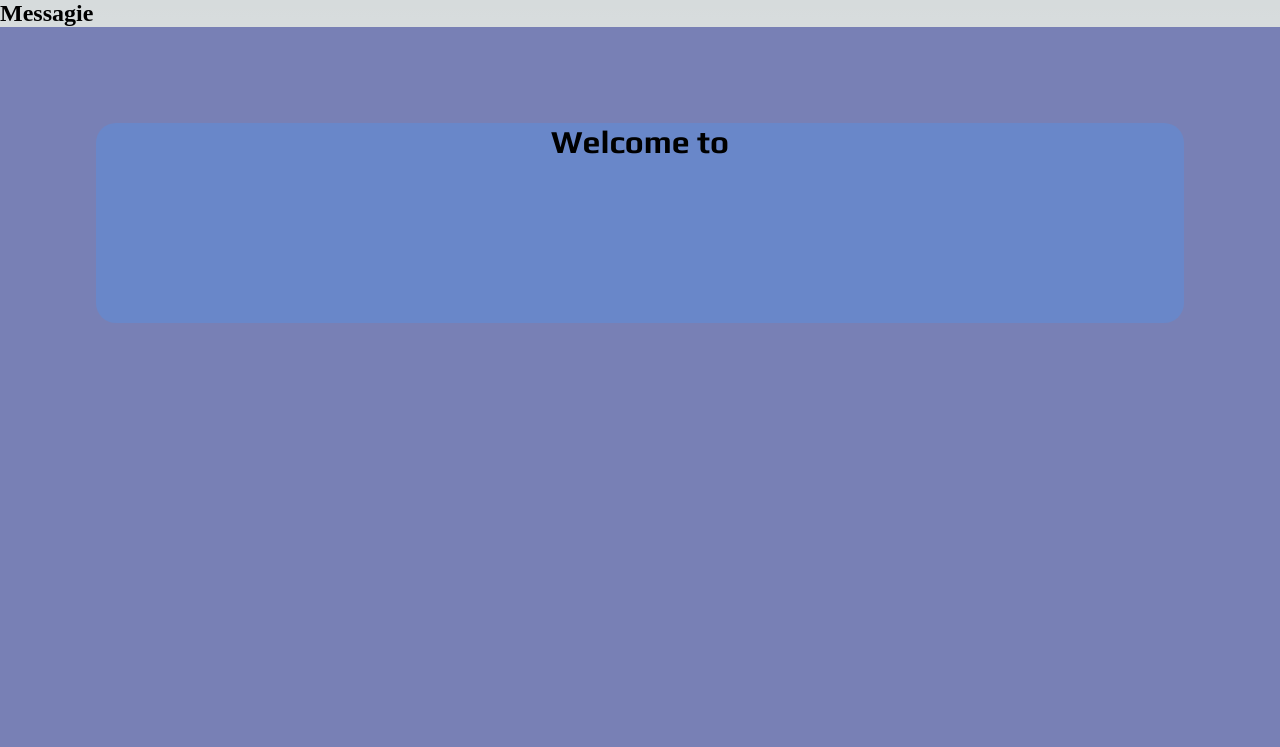
Repository: shaelorch/typeytalkey
Page: /
The author's editor kept a copy of each file at every save. The page is drawn from the files as they stood at one save, then again after the next save.
The browser window is 1280 px wide. The pictures show the whole page.
The project was rebuilt for these pictures with package versions that can differ from the ones it lists, and the page was loaded fresh each time. The framework's server and built-in components were replaced by stand-ins that run in the browser. Also part of the build but not shown: next.config.js.

Above is the page before, as saved 2023-02-24 14:34:25.

### src/pages/index.js
import Head from 'next/head'
import Image from 'next/image'
import { Inter } from '@next/font/google'
import styles from '@/styles/Home.module.css'
import Logo from 'comps/Logo'

const inter = Inter({ subsets: ['latin'] })

export default function Home() {
  return (
    <>
      <Head>
        <title>Create Next App</title>
        <meta name="description" content="Generated by create next app" />
        <meta name="viewport" content="width=device-width, initial-scale=1" />
        <link rel="icon" href="/favicon.ico" />
      </Head>
      <Logo/>
      <main className={styles.main}>

        <div style={{backgroundColor:"#6987C9", width:"100%",
      height:200, borderRadius:20, display:'flex', justifyContent:'center', textAlign:'center'}}>
        <h1>Welcome to  </h1>
        </div>

      </main>
    </>
  )
}

### src/styles/globals.css
@import url('https://fonts.googleapis.com/css2?family=Play:wght@400;700&display=swap');

:root {
  --max-width: 1100px;
  --border-radius: 12px;
  --font-mono: ui-monospace, Menlo, Monaco, 'Cascadia Mono', 'Segoe UI Mono',
    'Roboto Mono', 'Oxygen Mono', 'Ubuntu Monospace', 'Source Code Pro',
    'Fira Mono', 'Droid Sans Mono', 'Courier New', monospace;

  --foreground-rgb: 0, 0, 0;
  --background-start-rgb: 214, 219, 220;
  --background-end-rgb: 255, 255, 255;

  --primary-glow: conic-gradient(
    from 180deg at 50% 50%,
    #16abff33 0deg,
    #0885ff33 55deg,
    #54d6ff33 120deg,
    #0071ff33 160deg,
    transparent 360deg
  );
  --secondary-glow: radial-gradient(
    rgba(255, 255, 255, 1),
    rgba(255, 255, 255, 0)
  );

  --tile-start-rgb: 239, 245, 249;
  --tile-end-rgb: 228, 232, 233;
  --tile-border: conic-gradient(
    #00000080,
    #00000040,
    #00000030,
    #00000020,
    #00000010,
    #00000010,
    #00000080
  );

  --callout-rgb: 238, 240, 241;
  --callout-border-rgb: 172, 175, 176;
  --card-rgb: 180, 185, 188;
  --card-border-rgb: 131, 134, 135;
}

@media (prefers-color-scheme: dark) {
  :root {
    --foreground-rgb: 255, 255, 255;
    --background-start-rgb: 0, 0, 0;
    --background-end-rgb: 0, 0, 0;

    --primary-glow: radial-gradient(rgba(1, 65, 255, 0.4), rgba(1, 65, 255, 0));
    --secondary-glow: linear-gradient(
      to bottom right,
      rgba(1, 65, 255, 0),
      rgba(1, 65, 255, 0),
      rgba(1, 65, 255, 0.3)
    );

    --tile-start-rgb: 2, 13, 46;
    --tile-end-rgb: 2, 5, 19;
    --tile-border: conic-gradient(
      #ffffff80,
      #ffffff40,
      #ffffff30,
      #ffffff20,
      #ffffff10,
      #ffffff10,
      #ffffff80
    );

    --callout-rgb: 20, 20, 20;
    --callout-border-rgb: 108, 108, 108;
    --card-rgb: 100, 100, 100;
    --card-border-rgb: 200, 200, 200;
  }
}

* {
  box-sizing: border-box;
  padding: 0;
  margin: 0;
}

html,
body {
  max-width: 100vw;
  overflow-x: hidden;
}

body {
  color: rgb(var(--foreground-rgb));
  background: linear-gradient(
      to bottom,
      transparent,
      rgb(var(--background-end-rgb))
    )
    rgb(var(--background-start-rgb));
}

a {
  color: inherit;
  text-decoration: none;
}

@media (prefers-color-scheme: dark) {
  html {
    color-scheme: dark;
  }
}

### src/styles/Home.module.css
.main {
  display: flex;
  flex-direction: column;
  justify-content: space-between;
  align-items: center;
  padding: 6rem;
  background-color: #7880B5;
  font-family:play, sans-serif;
  min-height: 100vh;
}

.logocont {
  display: flex;

}
.serverCont {

  display:flex;
    height:50px;
    margin-bottom:20px;
    margin-top:20px;
    color:white;
    width:60%;
    font-weight:bold;
    font-family: play, sans-serif;
    padding:10px;
    border-bottom:1px solid white;
    width:100%;

}
.description {
  display: inherit;
  justify-content: inherit;
  align-items: inherit;
  font-size: 0.85rem;
  max-width: var(--max-width);
  width: 100%;
  z-index: 2;
  font-family: var(--font-mono);
}

.description a {
  display: flex;
  justify-content: center;
  align-items: center;
  gap: 0.5rem;
}

.description p {
  position: relative;
  margin: 0;
  padding: 1rem;
  background-color: rgba(var(--callout-rgb), 0.5);
  border: 1px solid rgba(var(--callout-border-rgb), 0.3);
  border-radius: var(--border-radius);
}

.code {
  font-weight: 700;
  font-family: var(--font-mono);
}

.grid {
  display: grid;
  grid-template-columns: repeat(4, minmax(25%, auto));
  width: var(--max-width);
  max-width: 100%;
}

.card {
  padding: 1rem 1.2rem;
  border-radius: var(--border-radius);
  background: rgba(var(--card-rgb), 0);
  border: 1px solid rgba(var(--card-border-rgb), 0);
  transition: background 200ms, border 200ms;
}

.card span {
  display: inline-block;
  transition: transform 200ms;
}

.card h2 {
  font-weight: 600;
  margin-bottom: 0.7rem;
}

.card p {
  margin: 0;
  opacity: 0.6;
  font-size: 0.9rem;
  line-height: 1.5;
  max-width: 30ch;
}

.center {
  display: flex;
  justify-content: center;
  align-items: center;
  position: relative;
  padding: 4rem 0;
}

.center::before {
  background: var(--secondary-glow);
  border-radius: 50%;
  width: 480px;
  height: 360px;
  margin-left: -400px;
}

.center::after {
  background: var(--primary-glow);
  width: 240px;
  height: 180px;
  z-index: -1;
}

.center::before,
.center::after {
  content: '';
  left: 50%;
  position: absolute;
  filter: blur(45px);
  transform: translateZ(0);
}

.logo,
.thirteen {
  position: relative;
}

.thirteen {
  display: flex;
  justify-content: center;
  align-items: center;
  width: 75px;
  height: 75px;
  padding: 25px 10px;
  margin-left: 16px;
  transform: translateZ(0);
  border-radius: var(--border-radius);
  overflow: hidden;
  box-shadow: 0px 2px 8px -1px #0000001a;
}

.thirteen::before,
.thirteen::after {
  content: '';
  position: absolute;
  z-index: -1;
}

/* Conic Gradient Animation */
.thirteen::before {
  animation: 6s rotate linear infinite;
  width: 200%;
  height: 200%;
  background: var(--tile-border);
}

/* Inner Square */
.thirteen::after {
  inset: 0;
  padding: 1px;
  border-radius: var(--border-radius);
  background: linear-gradient(
    to bottom right,
    rgba(var(--tile-start-rgb), 1),
    rgba(var(--tile-end-rgb), 1)
  );
  background-clip: content-box;
}

/* Enable hover only on non-touch devices */
@media (hover: hover) and (pointer: fine) {
  .card:hover {
    background: rgba(var(--card-rgb), 0.1);
    border: 1px solid rgba(var(--card-border-rgb), 0.15);
  }

  .card:hover span {
    transform: translateX(4px);
  }
}

@media (prefers-reduced-motion) {
  .thirteen::before {
    animation: none;
  }

  .card:hover span {
    transform: none;
  }
}

/* Mobile */
@media (max-width: 700px) {
  .content {
    padding: 4rem;
  }

  .grid {
    grid-template-columns: 1fr;
    margin-bottom: 120px;
    max-width: 320px;
    text-align: center;
  }

  .card {
    padding: 1rem 2.5rem;
  }

  .card h2 {
    margin-bottom: 0.5rem;
  }

  .center {
    padding: 8rem 0 6rem;
  }

  .center::before {
    transform: none;
    height: 300px;
  }

  .description {
    font-size: 0.8rem;
  }

  .description a {
    padding: 1rem;
  }

  .description p,
  .description div {
    display: flex;
    justify-content: center;
    position: fixed;
    width: 100%;
  }

  .description p {
    align-items: center;
    inset: 0 0 auto;
    padding: 2rem 1rem 1.4rem;
    border-radius: 0;
    border: none;
    border-bottom: 1px solid rgba(var(--callout-border-rgb), 0.25);
    background: linear-gradient(
      to bottom,
      rgba(var(--background-start-rgb), 1),
      rgba(var(--callout-rgb), 0.5)
    );
    background-clip: padding-box;
    backdrop-filter: blur(24px);
  }

  .description div {
    align-items: flex-end;
    pointer-events: none;
    inset: auto 0 0;
    padding: 2rem;
    height: 200px;
    background: linear-gradient(
      to bottom,
      transparent 0%,
      rgb(var(--background-end-rgb)) 40%
    );
    z-index: 1;
  }
}

/* Tablet and Smaller Desktop */
@media (min-width: 701px) and (max-width: 1120px) {
  .grid {
    grid-template-columns: repeat(2, 50%);
  }
}

@media (prefers-color-scheme: dark) {
  .vercelLogo {
    filter: invert(1);
  }

  .logo,
  .thirteen img {
    filter: invert(1) drop-shadow(0 0 0.3rem #ffffff70);
  }
}

@keyframes rotate {
  from {
    transform: rotate(360deg);
  }
  to {
    transform: rotate(0deg);
  }
}

### comps/Logo.js
import styles from "src/styles/Home.module.css"

export default function Logo() {

    return (
        <div className={styles.logocont} >
            <h2>Messagie</h2>
        </div>
    )
}

Loaded but not shown: src/pages/_app.js (common file); src/pages/_document.js (common file)

After the next save:
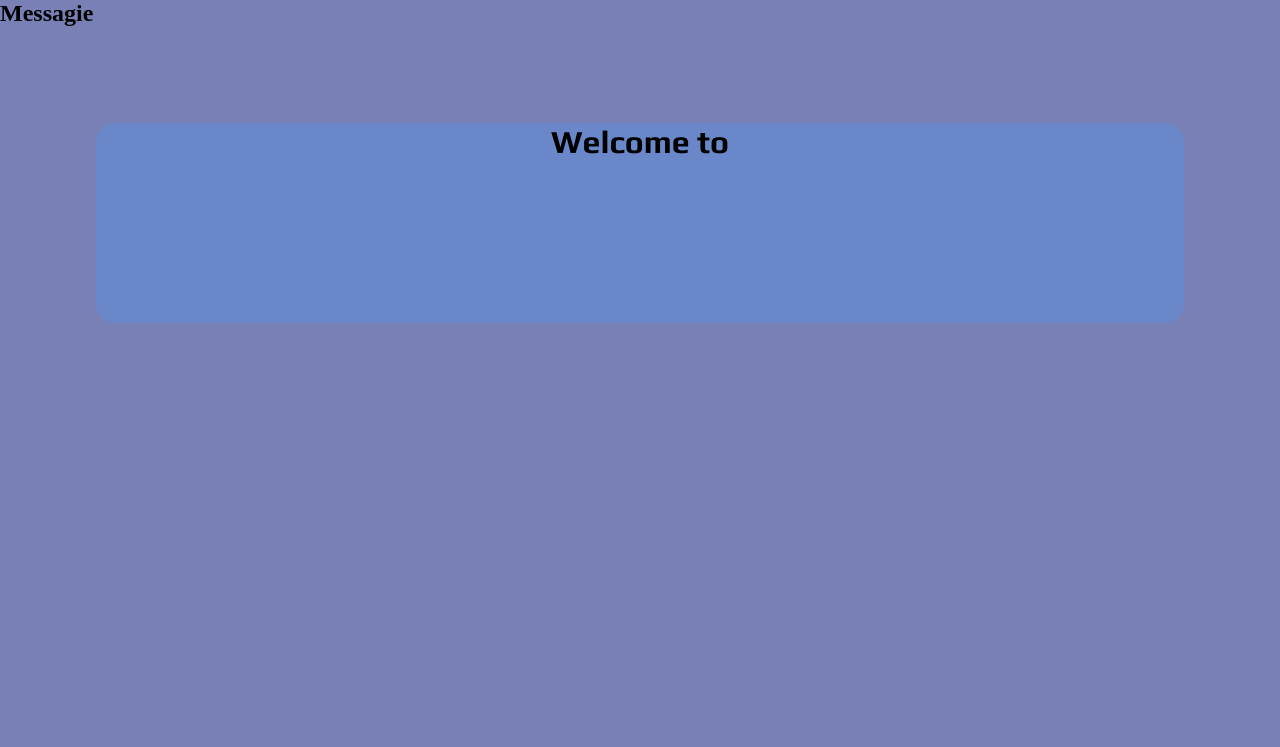
Saved 21 s later.
--- a/src/styles/Home.module.css
+++ b/src/styles/Home.module.css
@@ -11,7 +11,7 @@
 
 .logocont {
   display: flex;
-
+  background-color: #7880B5;
 }
 .serverCont {
 
